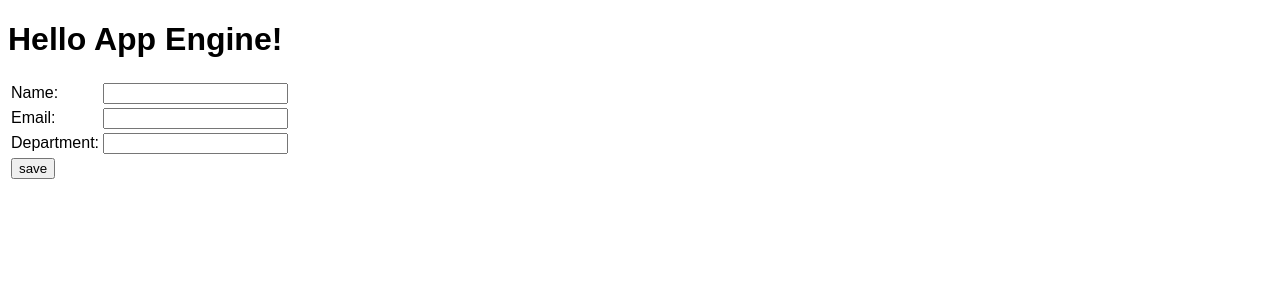
Repository: kedards25/AppEngineDemos
Page: DataStoreDemo/src/main/webapp/index.html
These files come from the project's save history. The page is drawn as it stood at one moment and after the next save; the edit follows.
The browser window is 1280 px wide. The pictures show the whole page.

Above is the page before, as saved 2020-11-24 03:03:26.

### DataStoreDemo/src/main/webapp/index.html
<!DOCTYPE html>
<html xmlns="http://www.w3.org/1999/xhtml" lang="en">
<head>
<meta http-equiv="content-type"
	content="application/xhtml+xml; charset=UTF-8" />
<title>Hello App Engine</title>
</head>

<body style="font-family: sans-serif;">
	<h1>Hello App Engine!</h1>

	<table>
		<tr>
			<td>Name:</td>
			<td><input type="text" name="empName"></td>
		</tr>
		<tr>
			<td>Email:</td>
			<td><input type="text" name="empMail"></td>
		</tr>
		<tr>
			<td>Department:</td>
			<td><input type="text" name="empDept"></td>
		</tr>

		<tr>
			<td><input type="submit" value="save"/> </td>
		</tr>
	</table>
</body>
</html>

After the next save:
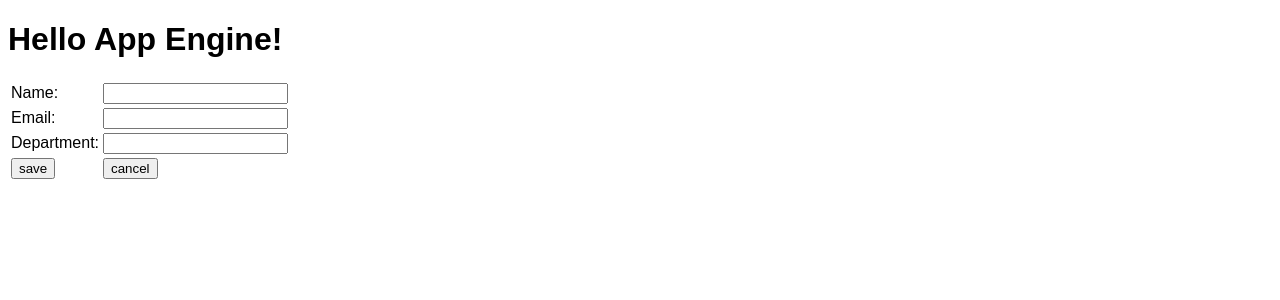
Saved 17 s later.
--- a/DataStoreDemo/src/main/webapp/index.html
+++ b/DataStoreDemo/src/main/webapp/index.html
@@ -25,6 +25,7 @@
 
 		<tr>
 			<td><input type="submit" value="save"/> </td>
+			<td><input type="reset" value="cancel"/> </td>
 		</tr>
 	</table>
 </body>
